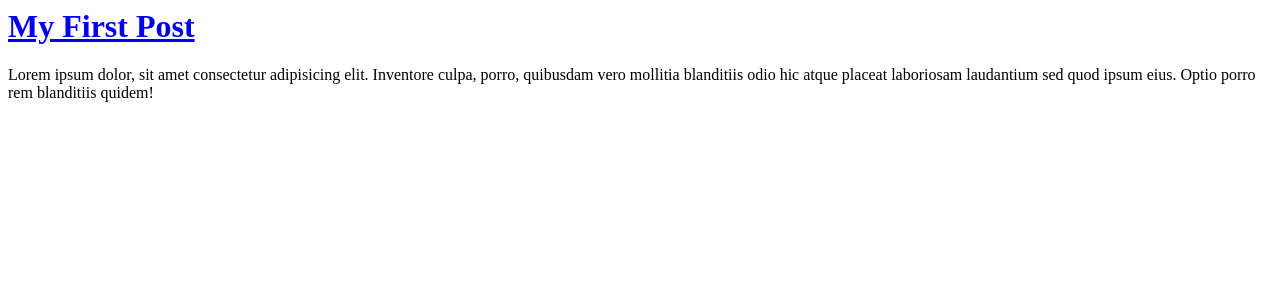
Repository: RaquelAlvarezz/example-app
Page: resources/posts/my-first-post.html
The author's editor kept a copy of each file at every save. The page is drawn from the files as they stood at one save, then again after the next save.
The browser window is 1280 px wide. The pictures show the whole page.

Above is the page before, as saved 2022-02-14 13:11:18.

### resources/posts/my-first-post.html

    <h1><a href="/post">My First Post</a></h1>
<p>Lorem ipsum dolor, sit amet consectetur adipisicing elit. Inventore culpa, porro, quibusdam vero mollitia blanditiis odio hic atque placeat laboriosam laudantium sed quod ipsum eius. Optio porro rem blanditiis quidem!</p>

After the next save:
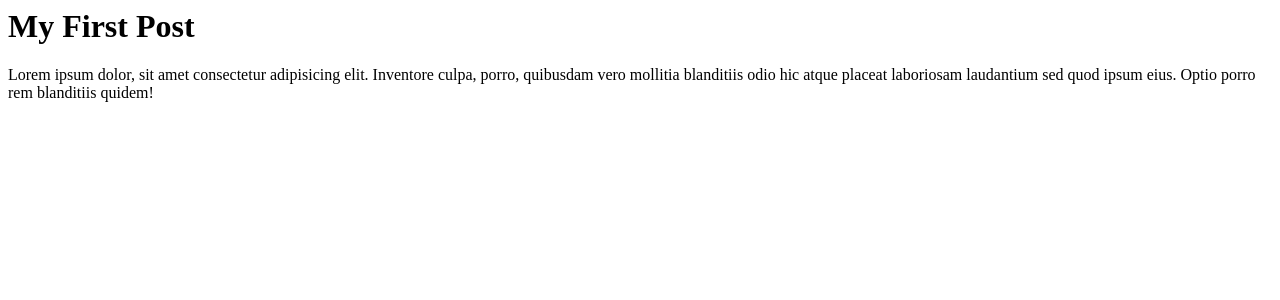
Saved 9 min 47 s later.
--- a/resources/posts/my-first-post.html
+++ b/resources/posts/my-first-post.html
@@ -1,3 +1,3 @@
 
-    <h1><a href="/post">My First Post</a></h1>
+    <h1>My First Post</h1>
 <p>Lorem ipsum dolor, sit amet consectetur adipisicing elit. Inventore culpa, porro, quibusdam vero mollitia blanditiis odio hic atque placeat laboriosam laudantium sed quod ipsum eius. Optio porro rem blanditiis quidem!</p>
